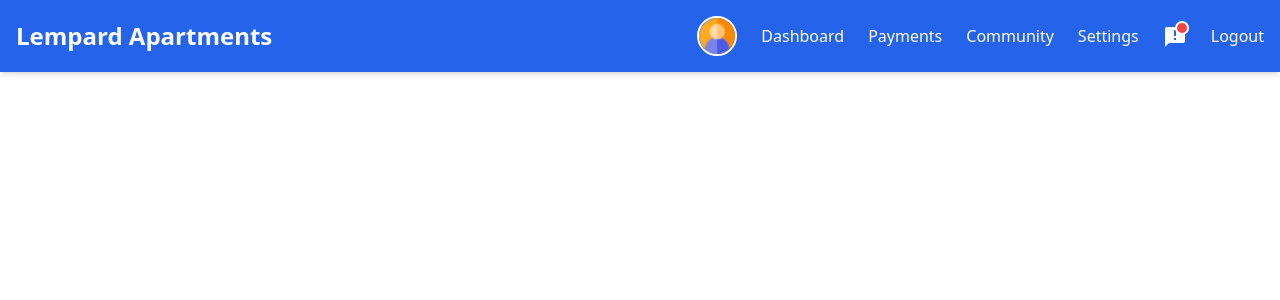
Repository: makanda596/system
Page: /home (app in client/)
These files come from the project's save history. The page is drawn as it stood at one moment and after the next save; the edit follows.
The browser window is 1280 px wide. The pictures show the whole page.
The project was rebuilt for these pictures with package versions that can differ from the ones it lists, and the page was loaded fresh each time. Also part of the build but not shown: client/src/SignUpForm.jsx, client/src/LoginForm.jsx. Imported but missing from the stored project, and not drawn on this page: client/src/reportWebVitals.

Above is the page before, as saved 2024-12-03 08:35:22.

### client/src/App.js
import React from 'react';
import { BrowserRouter as Router, Route, Routes } from 'react-router-dom';
import Home from './Home.jsx'
import SignUpForm from './SignUpForm.jsx'
import LoginForm from './LoginForm.jsx'
function App() {
  return (
    <div>
      <Router>
        <Routes>
          <Route path="/signup" element={<SignUpForm />} />
          <Route path='/' element={<LoginForm />} />
          <Route path='/home' element={<Home />} />
        </Routes>
      </Router>
    </div>
  );
}

export default App;

### client/src/Home.jsx
import React from 'react';
import Navbar from '../src/componets/Navbar'
function Home() {
    return (
        <div>
            <Navbar />
        </div>
    );
}

export default Home;

### client/src/componets/Navbar.jsx
import React from 'react';
import { Link } from 'react-router-dom';
import avatar from '../assets/avatar.png'
import AnnouncementIcon from '@mui/icons-material/Announcement';
function Navbar() {
    const handleLogout = () => {
        // Logic for logging out (e.g., clearing session data, tokens, etc.)
        window.location.href = '/login'; // Redirect to the login page after logout
    };

    return (
        <nav className="bg-blue-600 shadow-md">
            <div className="max-w-7xl mx-auto px-4 py-4 flex justify-between items-center">
                {/* Logo or Apartment Name */}
                <h1 className="text-white text-2xl font-bold">Lempard Apartments</h1>

                {/* Navbar links */}
                <div className="flex space-x-6 items-center text-white">
                    {/* Profile Picture and Profile Link */}
                    <div className="relative">
                        <img
                            src={avatar} // Replace with actual profile picture URL
                            alt=""
                            className="w-10 h-10 rounded-full border-2 border-white"
                        />
                    </div>

                    {/* Dashboard Link */}
                    <Link to="/dashboard" className="hover:text-blue-300">Dashboard</Link>

                    {/* Payments Link */}
                    <Link to="/payments" className="hover:text-blue-300">Payments</Link>

                    {/* Community Link */}
                    <Link to="/community" className="hover:text-blue-300">Community</Link>

                    {/* Settings Link */}
                    <Link to="/settings" className="hover:text-blue-300">Settings</Link>

                    {/* Alert Icon (Bell) */}
                    <div className="relative">
                        <span className="absolute top-0 right-0 inline-block w-2.5 h-2.5 bg-red-500 rounded-full ring-2 ring-white"></span>
                        <AnnouncementIcon />
                    </div>

                    {/* Logout Button */}
                    <button onClick={handleLogout} className="hover:text-blue-300">Logout</button>
                </div>
            </div>
        </nav>
    );
}

export default Navbar;

Loaded but not shown: client/src/index.js (common file); client/src/index.css (common file); client/tailwind.config.js (common file)

After the next save:
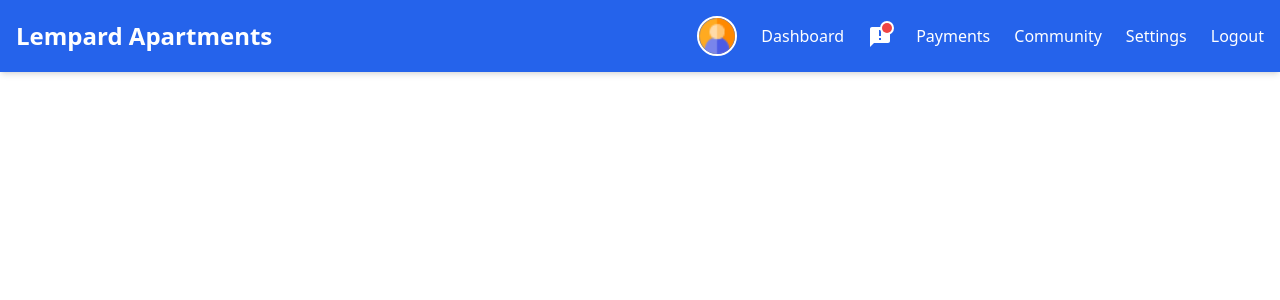
Saved 23 min 30 s later.
--- a/client/src/componets/Navbar.jsx
+++ b/client/src/componets/Navbar.jsx
@@ -27,7 +27,10 @@ function Navbar() {
 
                     {/* Dashboard Link */}
                     <Link to="/dashboard" className="hover:text-blue-300">Dashboard</Link>
-
+                    <div className="relative">
+                        <span className="absolute top-0 right-0 inline-block w-2.5 h-2.5 bg-red-500 rounded-full ring-2 ring-white"></span>
+                        <AnnouncementIcon />
+                    </div>
                     {/* Payments Link */}
                     <Link to="/payments" className="hover:text-blue-300">Payments</Link>
 
@@ -37,11 +40,8 @@ function Navbar() {
                     {/* Settings Link */}
                     <Link to="/settings" className="hover:text-blue-300">Settings</Link>
 
-                    {/* Alert Icon (Bell) */}
-                    <div className="relative">
-                        <span className="absolute top-0 right-0 inline-block w-2.5 h-2.5 bg-red-500 rounded-full ring-2 ring-white"></span>
-                        <AnnouncementIcon />
-                    </div>
+
+
 
                     {/* Logout Button */}
                     <button onClick={handleLogout} className="hover:text-blue-300">Logout</button>
